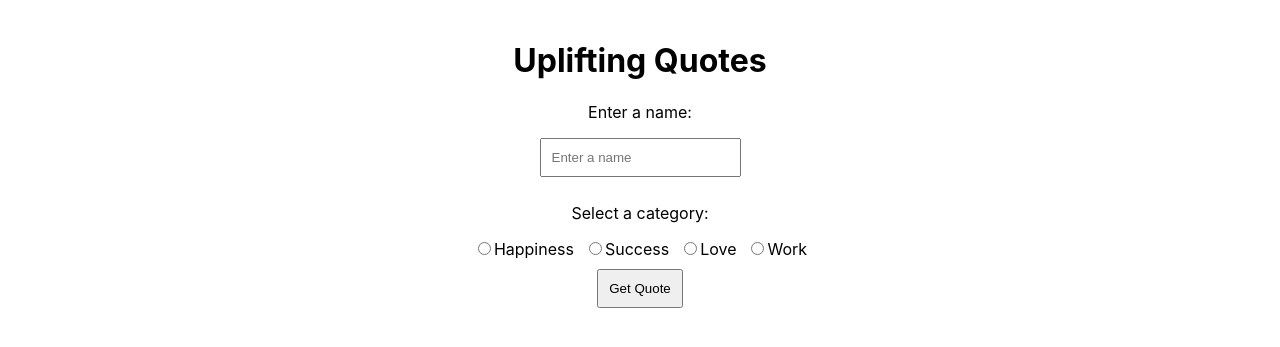
Repository: Allen-Feng-04/Advice_Generator
Page: /
The author's editor kept a copy of each file at every save. The page is drawn from the files as they stood at one save, then again after the next save.
The browser window is 1280 px wide. The pictures show the whole page.
The project was rebuilt for these pictures with package versions that can differ from the ones it lists, and the page was loaded fresh each time.

Above is the page before, as saved 2024-10-27 00:31:39.

After the next save:
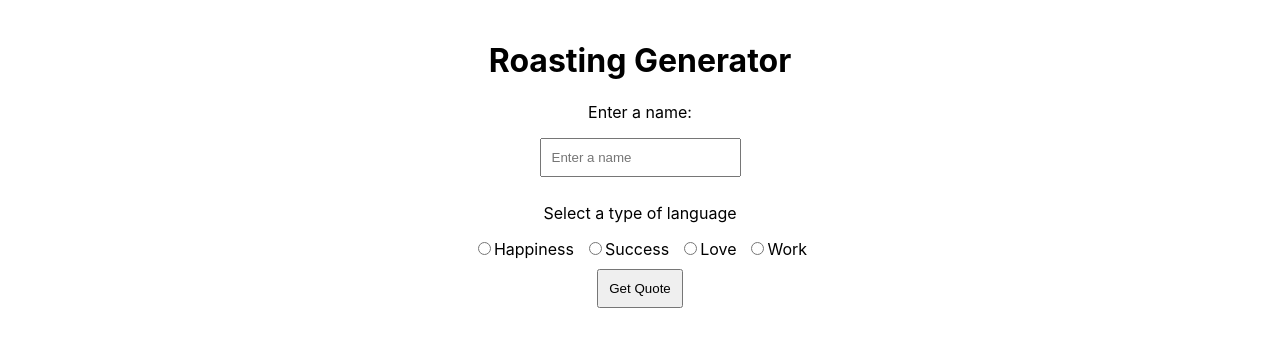
Saved 84 s later.
--- a/src/App.js
+++ b/src/App.js
@@ -28,7 +28,7 @@ function App() {
 
     return (
         <div style={{ textAlign: 'center', padding: '20px' }}>
-            <h1>Uplifting Quotes</h1>
+            <h1>Roasting Generator</h1>
             <form onSubmit={handleSubmit}>
                 <p>Enter a name:</p>
                 <input
@@ -38,7 +38,7 @@ function App() {
                     placeholder="Enter a name"
                     style={{ padding: '10px', marginBottom: '10px' }}
                 />
-                <p>Select a category:</p>
+                <p>Select a type of language</p>
                 <label>
                     <input
                         type="radio"
